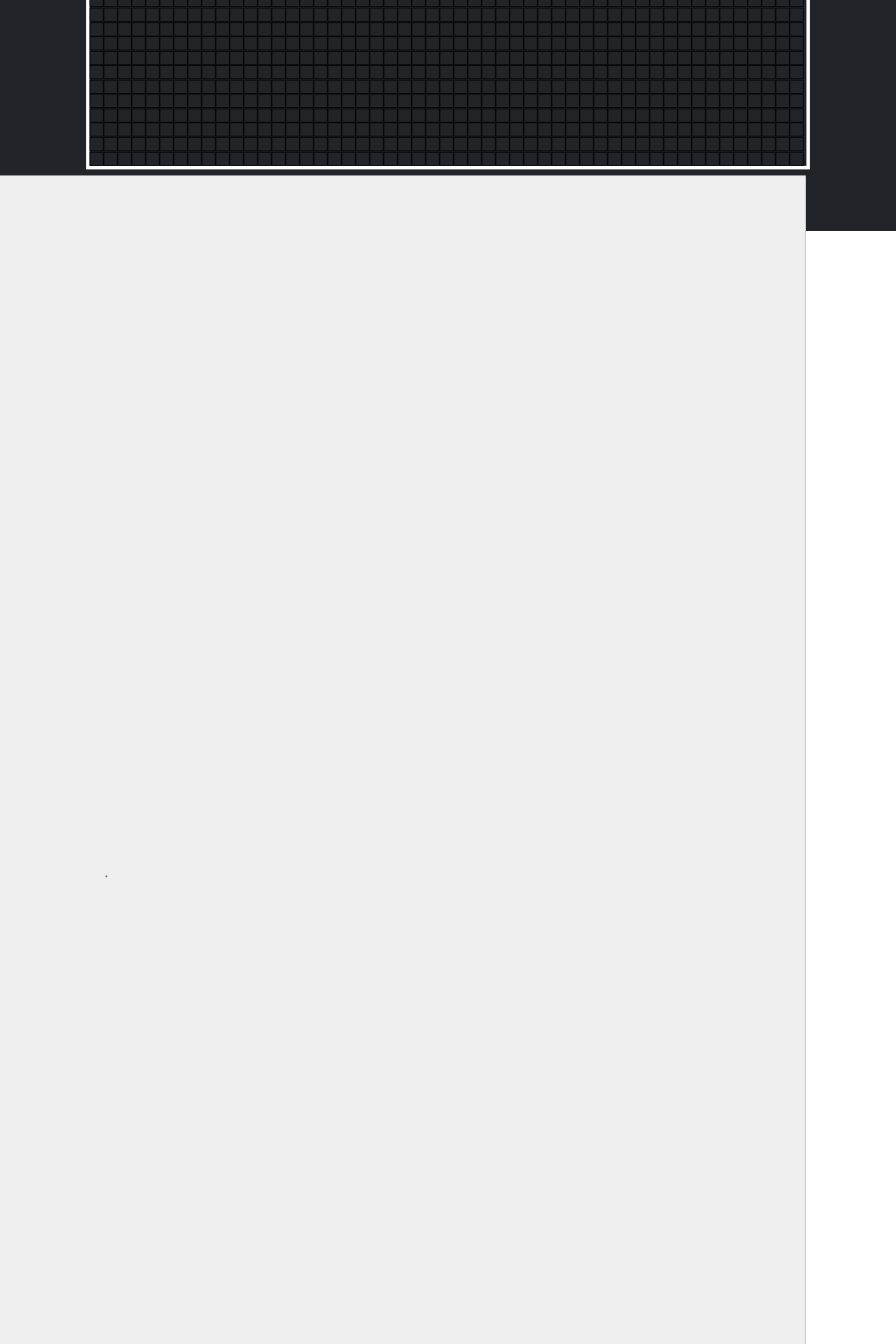
Repository: bechara611/pixelartdb
Page: /
The author's editor kept a copy of each file at every save. The page is drawn from the files as they stood at one save, then again after the next save.
The browser window is 1280 px wide. The pictures show the part of the page from y = 390 to 2310 px (the page is 2642 px tall before and 940 px after), at 70% of full size.
Some web libraries are served in a nearby version. The project was rebuilt for these pictures with package versions that can differ from the ones it lists, and the page was loaded fresh each time. Also part of the build but not shown: vite.config.js.

Above is the page before, as saved 2023-03-07 14:13:26.

### index.html
<!DOCTYPE html>
<html lang="en">
  <head>
    <meta charset="UTF-8" />
    <link rel="icon" type="image/svg+xml" href="/vite.svg" />
    <meta name="viewport" content="width=device-width, initial-scale=1.0" />
    <title>Vite + React</title>

    <link rel="stylesheet" href="https://cdnjs.cloudflare.com/ajax/libs/font-awesome/6.3.0/css/all.min.css">
  </head>
  <body>
    <div id="root"></div>
    <script type="module" src="/src/main.jsx"></script>
  </body>
</html>

### src/main.jsx
import React from 'react'
import ReactDOM from 'react-dom/client'
import App from './App'
import 'bootstrap/dist/css/bootstrap.min.css'
import 'bootstrap/dist/js/bootstrap.bundle.js'

ReactDOM.createRoot(document.getElementById('root')).render(

    <App />

)

### src/App.jsx

import { useEffect, useState } from 'react'
import './App.css'
import { SelectableGroup } from 'react-selectable-fast'
import { Pixel } from './Pixel'

const App = () => {
  const [pixels, setPixels] = useState([])
  const [isSelecting, setIsSelecting] = useState(false)
  const [startIndex, setStartIndex] = useState(null)
  const [colorActual, setcolorActual] = useState('#2233cc')

  useEffect(() => {
    let contenedor = document.getElementById('contenedor')
    let divsAloAlto = Math.floor(contenedor.offsetHeight / 20)
    let divsAlOancho = Math.floor(contenedor.offsetWidth / 20);
    //para saber cuantos divs necesita un contenedor multiplica el numero de divs a lo alto * el numero de divds a lo ancho
    setPixels(Array.from({ length: divsAloAlto * divsAlOancho }, () => { return { active: false, color: colorActual } }))

  }, [])

  const funcionArray = (index) => {
    let nuevoArray = [...pixels]
    nuevoArray[index] = { active: true, color: colorActual }
    setPixels(nuevoArray)
  }

  useEffect(() => {
    //console.log({ pixels })
  }, [pixels])

  const onMouseDown = (index) => {
    setIsSelecting(true);
    setStartIndex(index)
    // console.log('onMouseDown')
  }


  const onMouseOver2 = (index) => {
    if (isSelecting) {
      const pixelsupdated = [...pixels]
      pixelsupdated[index] = { ...pixelsupdated[index], active: true, color: colorActual }

      setPixels(pixelsupdated)

    }
    // console.log('onMouseOver')
  }
  const onMouseUp2 = (index) => {
    setIsSelecting(false)

  }
  return (
    <>
      <div className="bg-dark fondo">
        <div className="col-12 contenedor-05 ">
          <div className="contenedor-mayor header">
            <h2 className='bg-primary'>Pixel Art</h2>

          </div>
        </div>
        <div className="contenedor-mayor ">
          <div className="contorno">
            <div className="contenedor " id='contenedor'>

              {

                pixels.map((a, index) => {
                  return <Pixel key={index}
                    color={a.color}
                    active={a.active}
                    funcion={() => funcionArray(index)}
                    onMouseDown={() => { onMouseDown(index) }}
                    onMouseUp={() => { onMouseUp2(index) }}
                    onMouseOver={() => { onMouseOver2(index) }}
                  ></Pixel>
                })

              }

            </div>
          </div>
        </div>
        <div className="col-12 contenedor-05  ">
          <div className="derecha mt-2">
          <i className="fa-solid fa-arrow-rotate-right  icono"></i>
            <input type="color" className='selector' value={colorActual}  onChange={(e) => { setcolorActual(e.target.value) }} />
          </div>
        </div>
      </div>
    </>
  )
}

export default App

### src/App.css
.fondo {
  height: 100vh;

}

.contorno {
  border: 5px solid white;
}

.contenedor-mayor {
  display: flex;
  flex-direction: row;
  justify-content: center;
  justify-self: center;
  align-items: center;

}

.contenedor-mayor2 {
  width: 80vw;
  align-self: center;
  display: flex;
  flex-direction: row;
  justify-content: space-between;
}

.contenedor-05 {
  display: flex;
  flex-direction: row;
  justify-content: center;
}

.derecha {
  width: 80vw;
  align-self: center;
  display: flex;
  flex-direction: row;
  justify-content: flex-end;
}

.pixel {
  width: 20px;
  height: 20px;
  border: 1px solid rgb(0, 0, 0);

  box-sizing: border-box;

}

.active {
  background: transparent;
}

.contenedor {

  display: flex;
  flex-direction: row;
  flex-wrap: wrap;
  width: 80vw;
  height: 80vh;
  max-width: 80vw;
  max-height: 80vh;
}

.icono {
  font-size: 30px;
  color: white;
  margin-right: 5px;
}

@keyframes rotar {
  from {
    transform: rotate(32deg);
  }

  to {
    transform: rotate(360deg);
  }
}

.icono:hover {
  color: rgb(171, 193, 216);
  cursor: pointer;
  animation-name: rotar;
  animation-duration: 1s;
  transition: all 1s ease;
  animation-iteration-count: infinite;
}

.selector{
  padding: 1000px;
}

### src/Pixel.jsx
import React, { useState } from 'react'
import './App.css'
import {selectableGroup, createSelectable} from 'react-selectable-fast'
export const Pixel = (props) => {
    const [isActive, setisActive] = useState(false)
  return (

 <div className={`pixel ${props.active ? 'active' : ''}`} style={{ background:props.active ? props.color : ''}}
 onClick={()=>{
    setisActive(!isActive)
    props.funcion();
}}
onMouseDown={()=>{props.onMouseDown()}}
onMouseUp={()=>{props.onMouseUp()}}
onTouchEnd={()=>{props.onMouseUp()}}
onMouseOver={()=>{props.onMouseOver()}}
onTouchStart={()=>{{
    props.onMouseDown()
    props.onMouseOver()}}}
 >

 </div>
  )
}

After the next save:
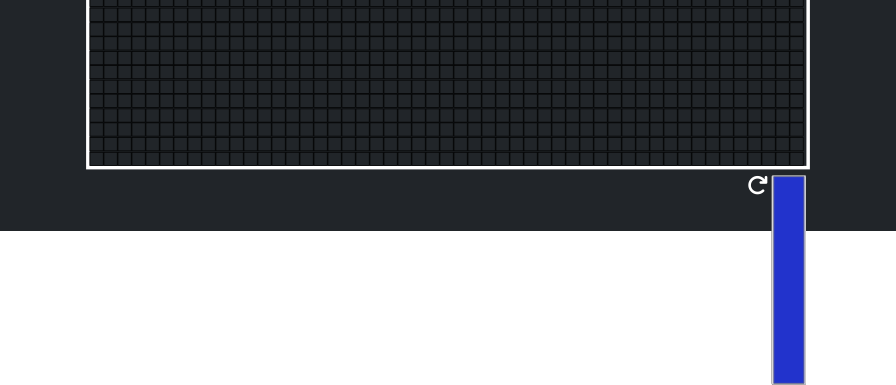
Saved 6 s later.
--- a/src/App.css
+++ b/src/App.css
@@ -88,5 +88,5 @@
 }
 
 .selector{
-  padding: 1000px;
+  height: 300px;
 }
